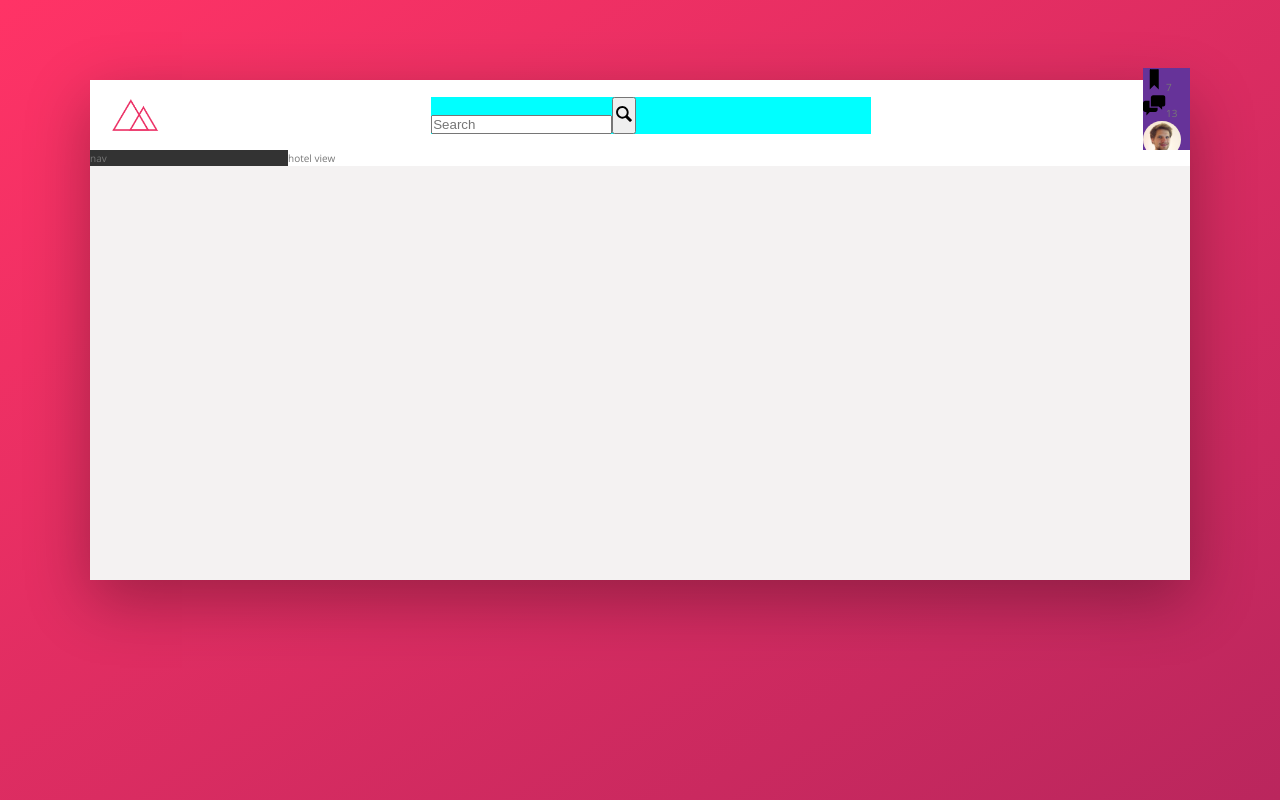
Repository: ajayaj2001/modern-Hotel
Page: /
These files come from the project's save history. The page is drawn as it stood at one moment and after the next save; the edit follows.
The browser window is 1280 px wide. The pictures show the whole page.
The project was rebuilt for these pictures with package versions that can differ from the ones it lists, and the page was loaded fresh each time.

Above is the page before, as saved 2020-12-13 11:35:44.

After the next save:
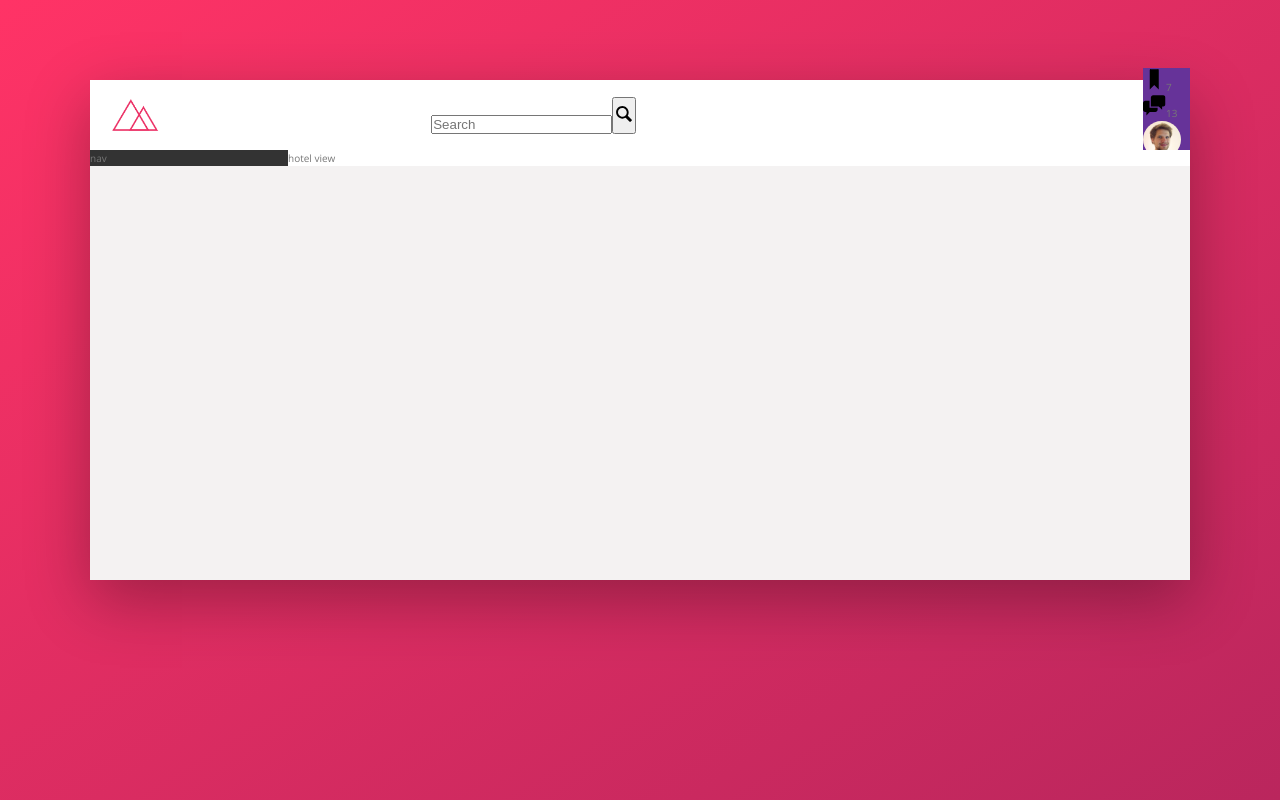
Saved 5 s later.
--- a/src/header/Header.scss
+++ b/src/header/Header.scss
@@ -11,7 +11,7 @@
     margin-left: 2.2rem;
 }
 .search {
-    background-color: aqua;
+    //background-color: aqua;
     flex: 0 0 40%;
     &__input {
         font-family: inherit;

After the save that followed:
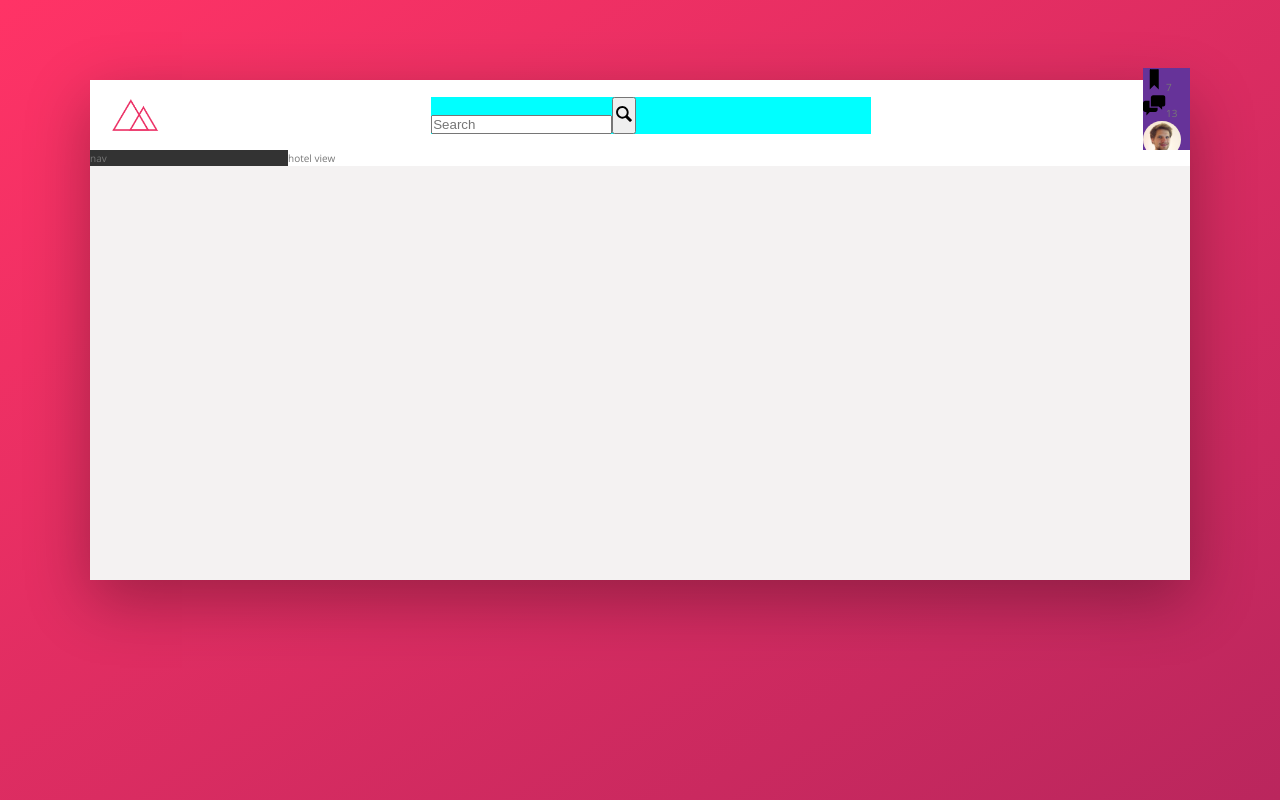
Saved 4 s later.
--- a/src/header/Header.scss
+++ b/src/header/Header.scss
@@ -11,7 +11,7 @@
     margin-left: 2.2rem;
 }
 .search {
-    //background-color: aqua;
+    background-color: aqua;
     flex: 0 0 40%;
     &__input {
         font-family: inherit;
